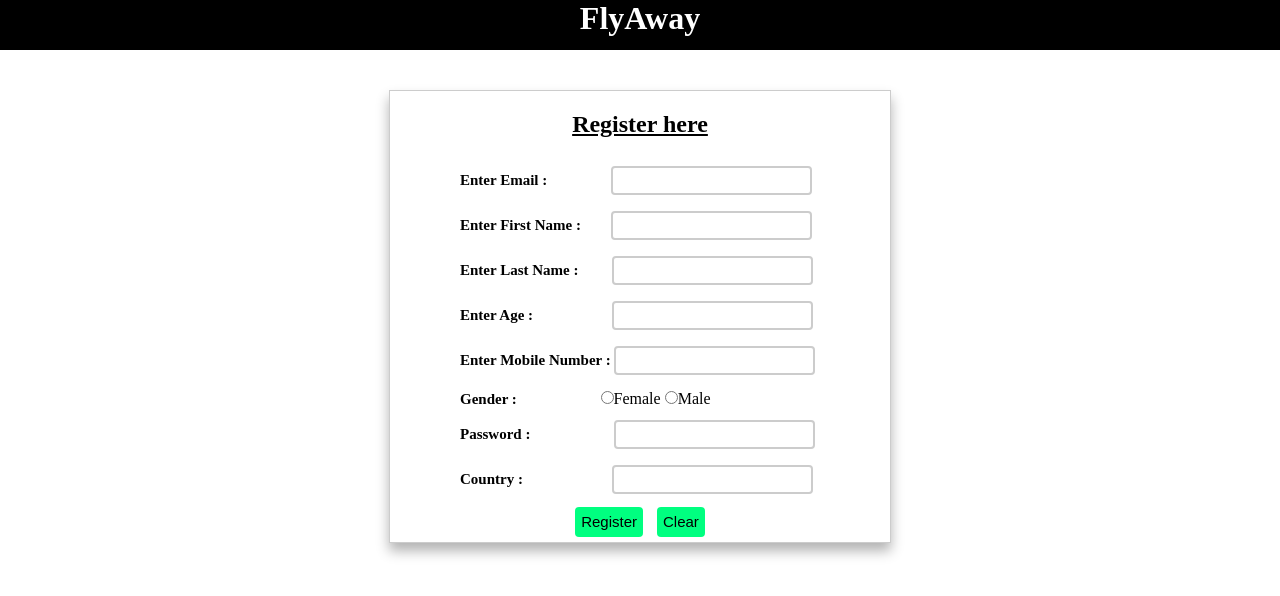
Repository: KartikMuchakandimath/Flyaway
Page: http://localhost/FlayAway/
These files come from the project's save history. The page is drawn as it stood at one moment and after the next save; the edit follows.
The browser window is 1280 px wide. The pictures show the whole page.
The page is served by Tomcat 9. Other server files are loaded and not shown.

Above is the page before, as saved 2022-04-22 19:40:49.

### FlayAway/src/main/webapp/Registration.jsp
<%@ page language="java" contentType="text/html; charset=ISO-8859-1"
    pageEncoding="ISO-8859-1"%>
<!DOCTYPE html>
<html>
<head>

<meta charset="ISO-8859-1">
<title>Register</title>
<style>
body{
margin : 0;
padding : 0;
}
.head{
background-color : #000;
color : #fff;
height : 50px;
}
h1{
	margin: auto;
	font-family : "Times New Roman", Times, serif;
	text-align : center;
}
.register-box{
	margin :auto;
	margin-top : 40px;
	width : 500px;
	border : 1px solid #ccc;
	box-shadow : 0 8px 12px 0px rgba(0,0,0,0.3);
	positive : absolute;
}
label{
	font-weight : bold;
	padding-left: 70px ;
	font-size: 15px;

}
input{
	padding: 5px 10px;
  	margin: 8px 0;
  	display: inline-block;
  	border: 2px solid #ccc;
  	border-radius: 4px;
  	box-sizing: border-box;

}
button{
  	border-radius: 4px;
	border:none;
	height: 30px;
	display : inline-block;
	font-size : 15px;
	font-width : bold;
	background-color: rgb(0, 255, 128);
	margin : 5px;
}
</style>

</head>
<body>
<div class="head">
	<h1>FlyAway</h1>
</div>
<div class="register-box">
	<div>
	<h2><center><u>Register here</u></center></h2>
	</div>
	<div>
		<form action="Register" method="post">
			<label style="padding-right: 60px;">Enter Email : </label><input type="email" name="email" required="required"><br>
			<label style="padding-right: 30px;">Enter First Name :</label><input type="text" name="fname" required="required"><br>
			<label style="padding-right: 30px;">Enter Last Name : </label><input type="text" name="lname" required="required"><br>
			<label style="padding-right: 75px;">Enter Age : </label><input type="number" name="age" maxlength="2" required="required">	<br>
			<label>Enter Mobile Number : </label><input type="text" name="contact" maxlength="10" required="required"><br>
			<label style="padding-right: 80px;">Gender : </label><span><input type="radio" name="gender" value="female">Female
				    	<input type="radio" name="gender" value="Male">Male</span><br/>
		    <label style="padding-right: 80px;">Password : </label><input type="password" name="password"><br/>
			<label style="padding-right: 85px;">Country : </label><input type="text" name="country" required="required"><br>

			<center><button type="submit">Register</button>		    <button type="reset">Clear</button>	</center>

		</form>
	</div>
</div>
</body>
</html>

After the next save:
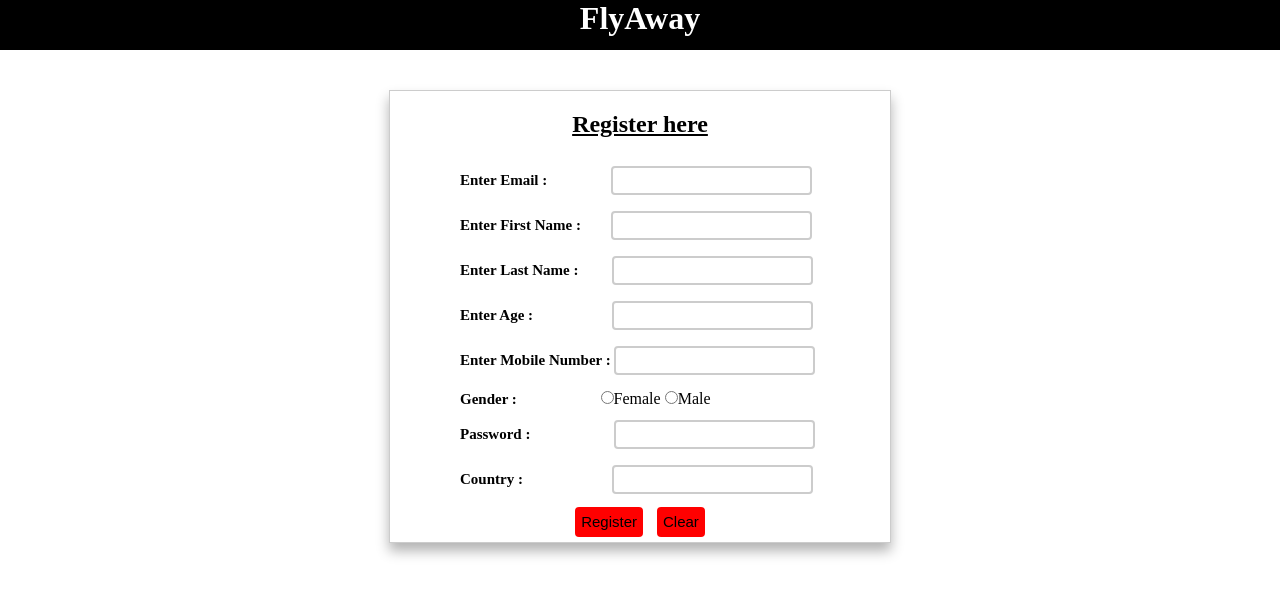
Saved 70 s later.
--- a/FlayAway/src/main/webapp/Registration.jsp
+++ b/FlayAway/src/main/webapp/Registration.jsp
@@ -51,7 +51,7 @@
 	display : inline-block;
 	font-size : 15px;
 	font-width : bold;
-	background-color: rgb(0, 255, 128);
+	background-color: rgb(255,0,0);
 	margin : 5px;
 }
 </style>

After the save that followed:
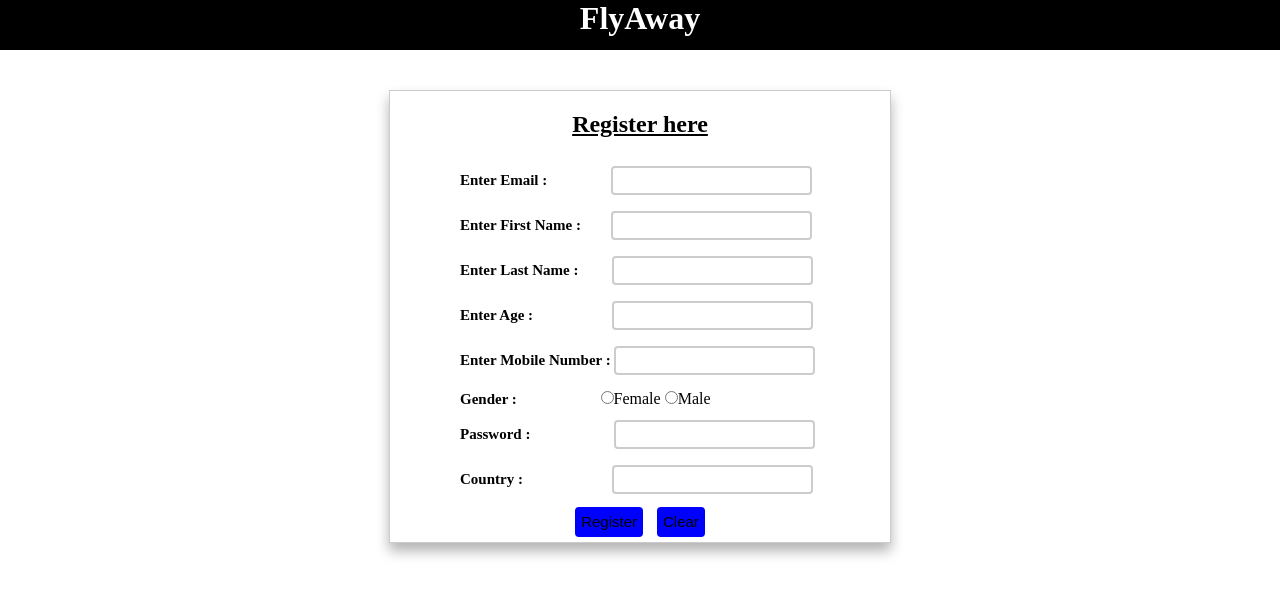
Saved 22 s later.
--- a/FlayAway/src/main/webapp/Registration.jsp
+++ b/FlayAway/src/main/webapp/Registration.jsp
@@ -51,7 +51,7 @@
 	display : inline-block;
 	font-size : 15px;
 	font-width : bold;
-	background-color: rgb(255,0,0);
+	background-color: rgb(0,0,255);
 	margin : 5px;
 }
 </style>
